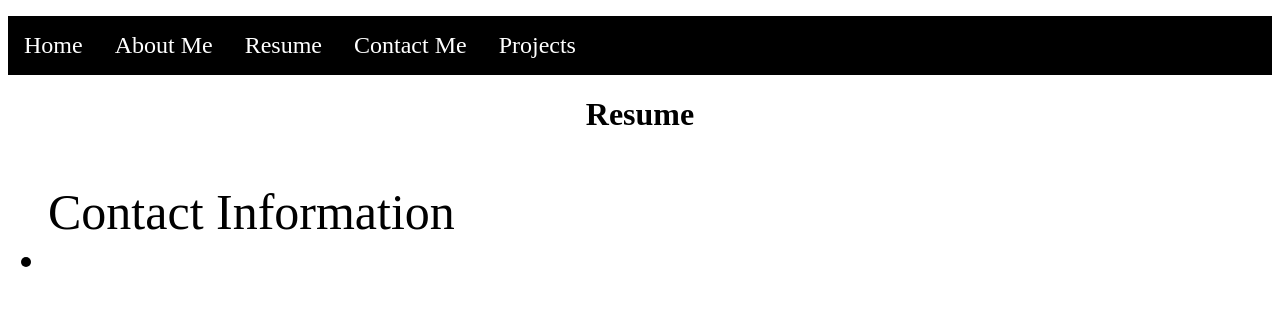
Repository: VidalLopez/VidalLopez.github.io
Page: resume.html
The author's editor kept a record of every edit. The page is drawn from the files as they stood at one moment, then again after the next edit.
The browser window is 1280 px wide. The pictures show the whole page.

Above is the page before.

### resume.html
<!DOCTYPE html>
<html>
  <head>
  <title>Home</title>
  <style>

    .navbar{
      list-style: none;
      background-color: black;
      overflow: hidden;
      padding: 0;
    }

    .navbar a, .dropdown div{
      text-decoration: none;
      color: white;
      font-size: 24px;
      padding: 16px;
      display: inline-block;
    }
    .navbar li{
      float: left;
    }

    .navbar li:hover{
      background-color: pink;
    }

    .dropdown-content{
      list-style: none;
      padding: 0;
      display: none;
    }

    .dropdown-content li{
      float:none;
    }

    .dropdown:hover .dropdown-content{
      display: block;
    }
    .center {
      text-align:center;
    }
    .contact li {
      font-size:35px;
    }
    .contact {
      font-size:50px;
    }

  </style>

  </head>
  <body>
    <ul class="navbar">
      <li><a href="index.html">Home</a></li>
      <li><a href="about.html">About Me</a></li>
      <li><a href="resume.html">Resume</a></li>
      <li><a href="contactme.html">Contact Me</a></li>
      <li class = "dropdown">
        <div>Projects</div>
        <ul class="dropdown-content">
          <li><a href="#">Project 1</a></li>
          <li><a href="#">Project 2</a></li>
          <li><a href="#">Project 3</a></li>
        </ul>
      </li>

    </ul>
<h1 class="center">Resume</h1>
<ul class="contact"> Contact Information
  <li></li>
</ul>


  </body>
</html>

After the next edit:
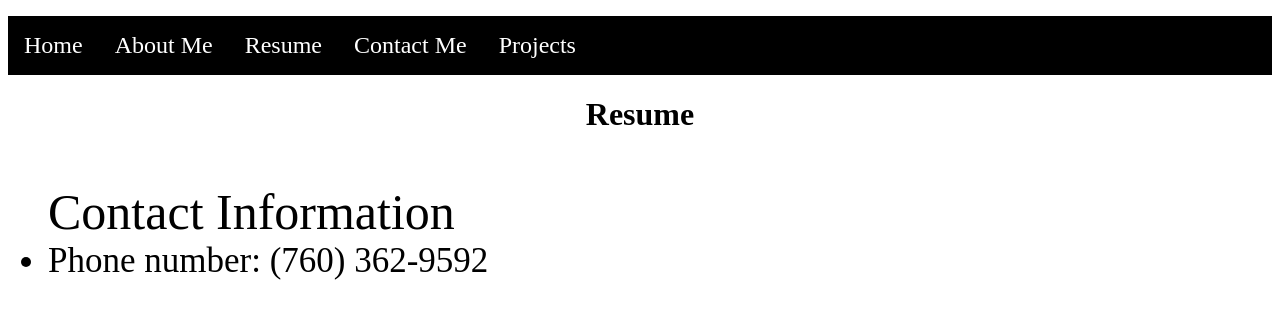
The edit:
--- a/resume.html
+++ b/resume.html
@@ -70,7 +70,7 @@
     </ul>
 <h1 class="center">Resume</h1>
 <ul class="contact"> Contact Information
-  <li></li>
+  <li>Phone number: (760) 362-9592</li>
 </ul>
 
 
